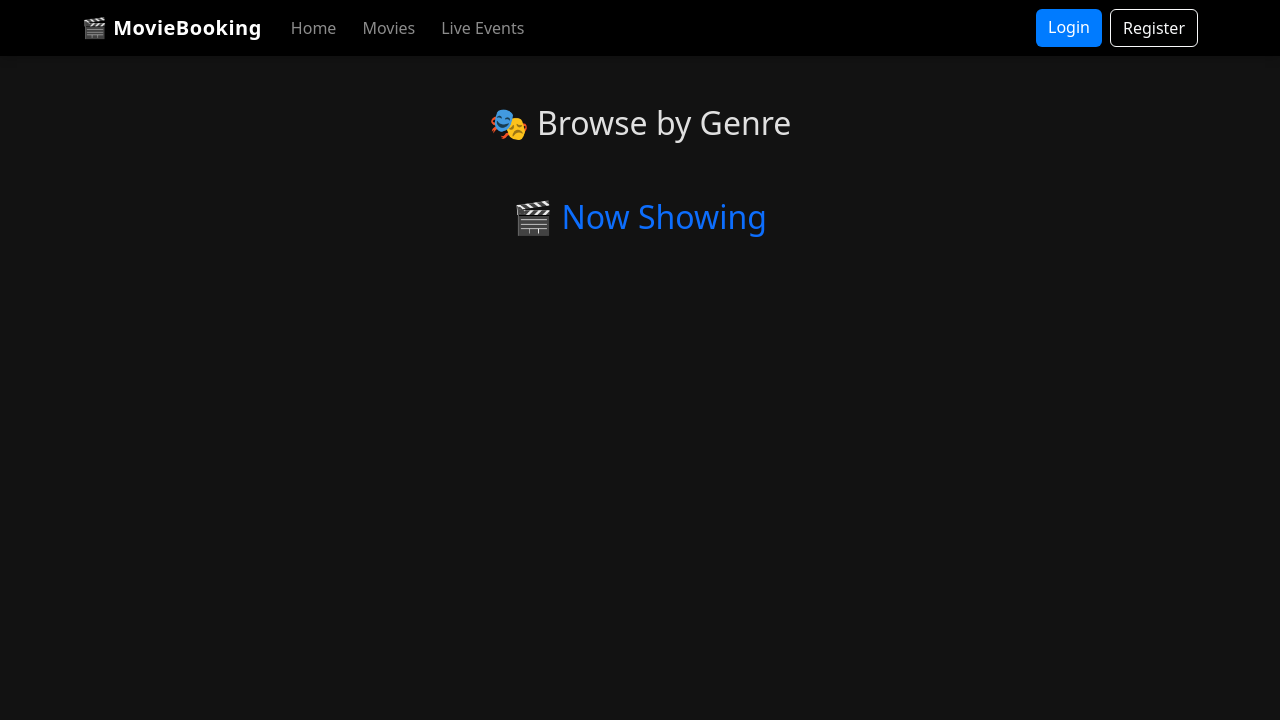
Repository: AshwinUgale/MovieBookingFrontend
Page: /movies
These files come from the project's save history. The page is drawn as it stood at one moment and after the next save; the edit follows.
The browser window is 1280 px wide. The pictures show the whole page.
The page's requests for data from a server got no answer. The project was rebuilt for these pictures with package versions that can differ from the ones it lists, and the page was loaded fresh each time. No one was signed in, and anything a server would have sent is missing. Also part of the build but not shown: src/components/HeroSection.js, src/components/TrendingMovies.js, src/components/CallToAction.js, src/components/TrendingEvents.js, src/pages/HomePage.js, src/pages/LoginPage.js, src/pages/RegisterPage.js, src/pages/DashboardPage.js and 11 more.

Above is the page before, as saved 2025-03-31 01:09:40.

### src/index.js
import React from 'react';
import ReactDOM from 'react-dom/client';
import 'bootstrap/dist/css/bootstrap.min.css';


import App from './App';


const root = ReactDOM.createRoot(document.getElementById('root'));
root.render(
  <React.StrictMode>
    <App />
  </React.StrictMode>
);

### src/App.js
import { BrowserRouter as Router, Routes, Route } from "react-router-dom";
import HomePage from "./pages/HomePage";
import LoginPage from "./pages/LoginPage";
import RegisterPage from "./pages/RegisterPage";
import DashboardPage from "./pages/DashboardPage";
import PrivateRoute from "./utils/PrivateRoute";
import MovieList from "./pages/MovieList";
import ShowtimesPage from "./pages/ShowtimesPage";
import AdminMoviePage from "./pages/AdminMoviePage";
import AdminShowtimePage from "./pages/AdminShowtimePage";
import ShowtimePage from "./pages/ShowtimePage";
import PaymentPage from "./pages/PaymentPage";
import BookingHistoryPage from "./pages/BookingHistoryPage";
import CustomNavbar from "./components/Navbar";
import AuthProvider from "./context/AuthContext";
import Events from "./pages/Events";

// Import Bootstrap CSS
import 'bootstrap/dist/css/bootstrap.min.css';
// Import global dark theme
import './styles/DarkTheme.css';

function App() {
  return (
    <AuthProvider>
    <Router>
      <CustomNavbar/>
      <Routes>
        {/* Public Routes */}
        <Route path="/" element={<HomePage />} />
        <Route path="/login" element={<LoginPage />} />
        <Route path="/register" element={<RegisterPage />} />
        <Route path="/movies" element={<MovieList />} />  {/* ✅ Updated path */}
        <Route path="/events" element={<Events />} />
        <Route path="/showtimes/fake/:movieId" element={<ShowtimesPage />} />  {/* ✅ Updated path */}
        <Route path="/showtime/:showtimeId" element={<ShowtimePage />} />
        <Route path="/payment/:bookingId" element={<PaymentPage />} />

        {/* Protected Routes */}
        <Route path="/dashboard" element={<PrivateRoute component={DashboardPage} />} />
        <Route path="/admin/movies" element={<PrivateRoute component={AdminMoviePage} />} />
        <Route path="/admin/showtimes" element={<PrivateRoute component={AdminShowtimePage} />} />
        <Route path="/bookings" element={<PrivateRoute component={BookingHistoryPage} />} />
      </Routes>
    </Router>
    </AuthProvider>
  );
}

export default App;

### src/pages/MovieList.js
import { useEffect, useState } from "react";
import { fetchMovies } from "../services/api";
import { useLocation, useNavigate } from "react-router-dom";
import { Container, Row, Col, Card, Button, Spinner } from "react-bootstrap";
import GenreSection from "../components/GenreSection";

const MovieList = () => {
  const [movies, setMovies] = useState([]);
  const [loading, setLoading] = useState(true);

  // ✅ Load More state
  const [visibleCount, setVisibleCount] = useState(8);

  const navigate = useNavigate();
  const location = useLocation();

  useEffect(() => {
    const query = new URLSearchParams(location.search);
    const selectedGenre = query.get("genre");

    const getMovies = async () => {
      try {
        const data = await fetchMovies();
        const filtered = selectedGenre
          ? data.filter((movie) => {
              const genres = Array.isArray(movie.genre)
                ? movie.genre
                : movie.genre.split(",");
              return genres.map(g => g.trim()).includes(selectedGenre);
            })
          : data;

        setMovies(filtered);
        setVisibleCount(16); // ✅ Reset count when genre changes
      } catch (error) {
        console.error("Error fetching movies:", error);
      }
      setLoading(false);
    };

    getMovies();
  }, [location.search]);
  console.log("📦 Movies state:", movies);
  console.log("📦 Loading state:", loading);

  return (
    <div>
      <GenreSection />
      <Container className="mt-4">
        <h2 className="text-center text-primary">🎬 Now Showing</h2>

        {loading ? (
          <div className="text-center">
            <Spinner animation="border" variant="primary" />
          </div>
        ) : (
          <>
            <Row className="mt-4">
              {/* ✅ Only show up to visibleCount */}
              {Array.isArray(movies) && movies.slice(0, visibleCount).map((movie) => (
                <Col key={movie._id} xs={12} sm={6} md={4} lg={3} className="mb-3">
                  <Card className="shadow-sm text-center" style={{ width: "100%", maxWidth: "220px", margin: "auto" }}>
                    <div
                      style={{
                        width: "100%",
                        height: "300px",
                        overflow: "hidden",
                        backgroundColor: "#f0f0f0",
                        display: "flex",
                        alignItems: "center",
                        justifyContent: "center"
                      }}
                    >
                      <Card.Img
                        variant="top"
                        src={movie.posterUrl || "https://via.placeholder.com/200x300"}
                        alt={movie.title}
                        style={{
                          width: "100%",
                          height: "300px",
                          objectFit: "cover"
                        }}
                        onError={(e) => { e.target.src = "/default-poster.jpg"; }}
                      />
                    </div>
                    <Card.Body className="p-2">
                      <Card.Title className="fs-6">{movie.title}</Card.Title>
                      <Card.Text className="mb-2">
                        <small className="text-muted">
                          {Array.isArray(movie.genre)
                            ? movie.genre.join(", ")
                            : movie.genre || "Unknown"}{" "}
                          | {movie.duration || "N/A"} min
                        </small>
                      </Card.Text>
                      <Button
                        variant="primary"
                        size="sm"
                        onClick={() => navigate(`/showtimes/fake/${movie._id}`)}
                      >
                        Showtimes
                      </Button>
                    </Card.Body>
                  </Card>
                </Col>
              ))}
            </Row>

            {/* ✅ Load More Button */}
            {visibleCount < movies.length && (
              <div className="text-center mt-3">
                <Button variant="outline-primary" onClick={() => setVisibleCount(prev => prev + 8)}>
                  Load More
                </Button>
              </div>
            )}
          </>
        )}
      </Container>
    </div>
  );
};

export default MovieList;

### src/components/Navbar.js
import { Link } from "react-router-dom";
import { useContext } from "react";
import { AuthContext } from "../context/AuthContext"; // ✅ Import AuthContext
import { Navbar, Nav, Container, Button } from "react-bootstrap"; // ✅ Import Bootstrap components

const CustomNavbar = () => {
    const { isAuthenticated, logout } = useContext(AuthContext); // ✅ Use authentication state

    return (
        <Navbar bg="black" variant="dark" expand="lg" className="custom-navbar">
            <Container>
                <Navbar.Brand as={Link} to="/" className="brand-text">🎬 MovieBooking</Navbar.Brand>
                <Navbar.Toggle aria-controls="basic-navbar-nav" />
                <Navbar.Collapse id="basic-navbar-nav">
                    <Nav className="me-auto">
                        <Nav.Link as={Link} to="/" className="nav-link-custom">Home</Nav.Link>
                        <Nav.Link as={Link} to="/movies" className="nav-link-custom">Movies</Nav.Link>
                        <Nav.Link as={Link} to="/events" className="nav-link-custom">Live Events</Nav.Link>
                        {isAuthenticated && <Nav.Link as={Link} to="/bookings" className="nav-link-custom">My Bookings</Nav.Link>}
                    </Nav>
                    <Nav>
                        {!isAuthenticated ? (
                            <>
                                <Button variant="primary" as={Link} to="/login" className="mx-2">Login</Button>
                                <Button variant="outline-light" as={Link} to="/register">Register</Button>
                            </>
                        ) : (
                            <Button variant="outline-light" onClick={logout}>Logout</Button>
                        )}
                    </Nav>
                </Navbar.Collapse>
            </Container>
        </Navbar>
    );
};

// Add styles for the navbar to match carousel background
const navbarStyle = `
    .custom-navbar {
        background-color: #000 !important;
        box-shadow: 0 2px 10px rgba(0,0,0,0.2);
    }

    .brand-text {
        font-weight: 600;
        letter-spacing: 0.5px;
    }

    .nav-link-custom {
        margin: 0 5px;
        transition: color 0.2s ease;
        position: relative;
    }

    .nav-link-custom:after {
        content: '';
        position: absolute;
        bottom: 0;
        left: 50%;
        transform: translateX(-50%);
        width: 0;
        height: 2px;
        background-color: #007bff;
        transition: width 0.3s ease;
    }

    .nav-link-custom:hover:after {
        width: 100%;
    }

    .nav-link-custom:hover {
        color: #fff !important;
    }
`;

// Inject styles
const styleTag = document.createElement("style");
styleTag.innerHTML = navbarStyle;
document.head.appendChild(styleTag);

export default CustomNavbar;

### src/context/AuthContext.js
import { createContext, useState, useEffect } from "react";

export const AuthContext = createContext();

const AuthProvider = ({ children }) => {
    const [isAuthenticated, setIsAuthenticated] = useState(!!localStorage.getItem("token"));

    useEffect(() => {
        const handleStorageChange = () => {
            setIsAuthenticated(!!localStorage.getItem("token"));
        };

        window.addEventListener("storage", handleStorageChange);

        return () => {
            window.removeEventListener("storage", handleStorageChange);
        };
    }, []);

    const login = (token) => {
        localStorage.setItem("token", token);
        setIsAuthenticated(true);
    };

    const logout = () => {
        localStorage.removeItem("token");
        setIsAuthenticated(false);
    };

    return (
        <AuthContext.Provider value={{ isAuthenticated, login, logout }}>
            {children}
        </AuthContext.Provider>
    );
};

export default AuthProvider;

### src/styles/DarkTheme.css
/* Global Dark Theme Styling */
body {
  background-color: #121212;
  color: #e0e0e0;
}

/* Keep the navbar and carousel pure black */
.custom-navbar,
.navbar,
.navbar.bg-black,
.hero-container,
.carousel {
  background-color: #000000 !important;
}

/* Create smooth transition from black to dark gray */
.hero-to-content-transition {
  height: 50px;
  background: linear-gradient(to bottom, #000000, #121212);
  margin-bottom: -50px;
}

/* Main container background */
.container {
  background-color: #121212;
}

/* Card styling */
.card {
  background-color: #1e1e1e !important;
  color: #e0e0e0 !important;
  border: none !important;
  box-shadow: 0 4px 12px rgba(0,0,0,0.2);
}

/* Text colors */
h1, h2, h3, h4, h5, h6 {
  color: #e0e0e0 !important;
}

.text-dark {
  color: #e0e0e0 !important;
}

.text-muted {
  color: #aaaaaa !important;
}

/* Form controls */
.form-control {
  background-color: #2d2d2d !important;
  border-color: #333 !important;
  color: #fff !important;
}

.form-control::placeholder {
  color: #aaa !important;
}

.form-control:focus {
  background-color: #2d2d2d !important;
  color: #fff !important;
  box-shadow: none !important;
  border-color: #007bff !important;
}

/* Button styling */
.btn-outline-primary,
.btn-outline-success,
.btn-outline-danger {
  color: #e0e0e0 !important;
}

/* Modal and dropdown styling */
.modal-content {
  background-color: #1e1e1e !important;
  color: #e0e0e0 !important;
}

.dropdown-menu {
  background-color: #1e1e1e !important;
  color: #e0e0e0 !important;
}

.dropdown-item {
  color: #e0e0e0 !important;
}

.dropdown-item:hover {
  background-color: #333 !important;
}

/* Table styling */
.table {
  color: #e0e0e0 !important;
}

.table-striped tbody tr:nth-of-type(odd) {
  background-color: rgba(255, 255, 255, 0.05) !important;
}

/* List group styling */
.list-group-item {
  background-color: #1e1e1e !important;
  color: #e0e0e0 !important;
  border-color: #333 !important;
}

/* Alert styling */
.alert-light {
  background-color: #2d2d2d !important;
  color: #e0e0e0 !important;
  border-color: #333 !important;
}

/* Background utility classes */
.bg-light {
  background-color: #1e1e1e !important;
}

.bg-white {
  background-color: #1e1e1e !important;
}

/* Pagination */
.page-item .page-link {
  background-color: #1e1e1e !important;
  color: #e0e0e0 !important;
  border-color: #333 !important;
}

.page-item.active .page-link {
  background-color: #007bff !important;
  border-color: #007bff !important;
}

/* Badge styling */
.badge-light {
  background-color: #2d2d2d !important;
  color: #e0e0e0 !important;
}

/* Added shadows for depth */
.shadow, .shadow-sm {
  box-shadow: 0 4px 12px rgba(0,0,0,0.4) !important;
}

/* Additional styles for Bootstrap elements */
.jumbotron {
  background-color: #1e1e1e !important;
  color: #e0e0e0 !important;
}

.breadcrumb {
  background-color: #1e1e1e !important;
}

.breadcrumb-item.active {
  color: #e0e0e0 !important;
}

.breadcrumb-item + .breadcrumb-item::before {
  color: #aaa !important;
}

/* Input groups */
.input-group-text {
  background-color: #2d2d2d !important;
  border-color: #333 !important;
  color: #e0e0e0 !important;
}

/* Fix for select elements */
select.form-control,
select.form-select {
  background-color: #2d2d2d !important;
  border-color: #333 !important;
  color: #e0e0e0 !important;
}

/* Better container background targeting */
.container:not(.hero-container .container) {
  background-color: transparent;
}

/* Adjust button hover states for better visibility */
.btn-outline-primary:hover,
.btn-outline-success:hover,
.btn-outline-danger:hover,
.btn-outline-light:hover {
  color: #fff !important;
}

### src/components/GenreSection.js
import React, { useEffect, useState } from "react";
import api from "../services/api";

const GenreSection = () => {
  const [genres, setGenres] = useState([]);

  useEffect(() => {
    async function fetchGenres() {
      try {
        const response = await api.get("/movies/genres");
        console.log("📦 Genres API Response:", response.data);

        // Make sure the response is an array
        if (!Array.isArray(response.data)) {
          console.error("Genres API returned non-array data:", response.data);
          return;
        }

        // Extract genre names
        const genreNames = response.data.map((g) => g.name);
        setGenres(genreNames);
      } catch (err) {
        console.error("🔥 Error in fetchGenres:", err.message);
      }
    }

    fetchGenres();
  }, []);

  return (
    <div className="container my-5">
      <h2 className="text-center">🎭 Browse by Genre</h2>
      <div className="d-flex flex-wrap justify-content-center">
        {genres.map((genre, index) => (
          <a
            key={`${genre}-${index}`}
            href={`/movies?genre=${genre}`}
            className="btn btn-outline-secondary m-2"
          >
            {genre}
          </a>
        ))}
      </div>
    </div>
  );
};

export default GenreSection;

Loaded but not shown: public/index.html (common file); src/services/api.js (164 lines, source omitted)

After the next save:
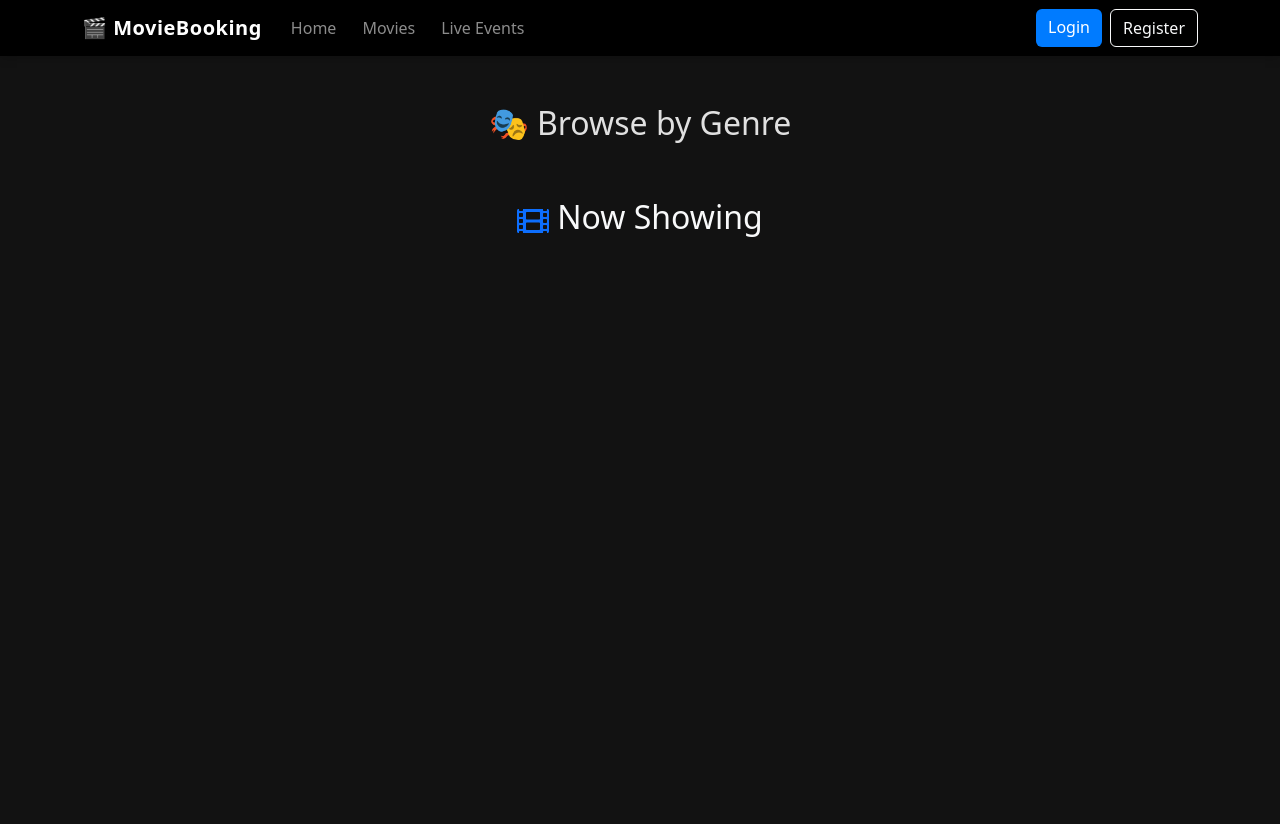
Saved 26 s later.
--- a/src/pages/MovieList.js
+++ b/src/pages/MovieList.js
@@ -3,6 +3,7 @@ import { fetchMovies } from "../services/api";
 import { useLocation, useNavigate } from "react-router-dom";
 import { Container, Row, Col, Card, Button, Spinner } from "react-bootstrap";
 import GenreSection from "../components/GenreSection";
+import { FaFilm, FaTicketAlt } from "react-icons/fa";
 
 const MovieList = () => {
   const [movies, setMovies] = useState([]);
@@ -44,48 +45,38 @@ const MovieList = () => {
   console.log("📦 Loading state:", loading);
 
   return (
-    <div>
+    <div className="movie-list-page">
       <GenreSection />
       <Container className="mt-4">
-        <h2 className="text-center text-primary">🎬 Now Showing</h2>
+        <h2 className="text-center mb-4 text-light">
+          <FaFilm className="me-2 text-primary" />
+          Now Showing
+        </h2>
 
         {loading ? (
-          <div className="text-center">
+          <div className="text-center py-5">
             <Spinner animation="border" variant="primary" />
+            <p className="mt-3 text-light">Loading movies...</p>
           </div>
         ) : (
           <>
-            <Row className="mt-4">
+            <Row className="mt-4 g-4">
               {/* ✅ Only show up to visibleCount */}
               {Array.isArray(movies) && movies.slice(0, visibleCount).map((movie) => (
                 <Col key={movie._id} xs={12} sm={6} md={4} lg={3} className="mb-3">
-                  <Card className="shadow-sm text-center" style={{ width: "100%", maxWidth: "220px", margin: "auto" }}>
-                    <div
-                      style={{
-                        width: "100%",
-                        height: "300px",
-                        overflow: "hidden",
-                        backgroundColor: "#f0f0f0",
-                        display: "flex",
-                        alignItems: "center",
-                        justifyContent: "center"
-                      }}
-                    >
+                  <Card className="movie-card h-100">
+                    <div className="movie-poster-container">
                       <Card.Img
                         variant="top"
                         src={movie.posterUrl || "https://via.placeholder.com/200x300"}
                         alt={movie.title}
-                        style={{
-                          width: "100%",
-                          height: "300px",
-                          objectFit: "cover"
-                        }}
+                        className="movie-poster"
                         onError={(e) => { e.target.src = "/default-poster.jpg"; }}
                       />
                     </div>
-                    <Card.Body className="p-2">
-                      <Card.Title className="fs-6">{movie.title}</Card.Title>
-                      <Card.Text className="mb-2">
+                    <Card.Body className="p-3">
+                      <Card.Title className="text-light">{movie.title}</Card.Title>
+                      <Card.Text className="mb-3">
                         <small className="text-muted">
                           {Array.isArray(movie.genre)
                             ? movie.genre.join(", ")
@@ -95,9 +86,10 @@ const MovieList = () => {
                       </Card.Text>
                       <Button
                         variant="primary"
-                        size="sm"
                         onClick={() => navigate(`/showtimes/fake/${movie._id}`)}
+                        className="w-100"
                       >
+                        <FaTicketAlt className="me-2" />
                         Showtimes
                       </Button>
                     </Card.Body>
@@ -108,8 +100,8 @@ const MovieList = () => {
 
             {/* ✅ Load More Button */}
             {visibleCount < movies.length && (
-              <div className="text-center mt-3">
-                <Button variant="outline-primary" onClick={() => setVisibleCount(prev => prev + 8)}>
+              <div className="text-center mt-4 mb-5">
+                <Button variant="outline-primary" onClick={() => setVisibleCount(prev => prev + 8)} className="px-4 py-2">
                   Load More
                 </Button>
               </div>
@@ -121,4 +113,49 @@ const MovieList = () => {
   );
 };
 
+// Add dark theme styles for the movie list page
+const movieListStyles = `
+  .movie-list-page {
+    background-color: #121212;
+    min-height: 100vh;
+    padding-bottom: 30px;
+  }
+
+  .movie-card {
+    background-color: #1e1e1e !important;
+    border: none;
+    border-radius: 10px;
+    overflow: hidden;
+    transition: transform 0.3s ease, box-shadow 0.3s ease;
+    box-shadow: 0 4px 12px rgba(0,0,0,0.2);
+  }
+
+  .movie-card:hover {
+    transform: translateY(-5px);
+    box-shadow: 0 10px 25px rgba(0,0,0,0.3) !important;
+  }
+
+  .movie-poster-container {
+    height: 300px;
+    overflow: hidden;
+    background-color: #121212;
+  }
+
+  .movie-poster {
+    width: 100%;
+    height: 100%;
+    object-fit: cover;
+    transition: transform 0.3s ease;
+  }
+
+  .movie-card:hover .movie-poster {
+    transform: scale(1.05);
+  }
+`;
+
+// Inject styles
+const styleTag = document.createElement("style");
+styleTag.innerHTML = movieListStyles;
+document.head.appendChild(styleTag);
+
 export default MovieList;
